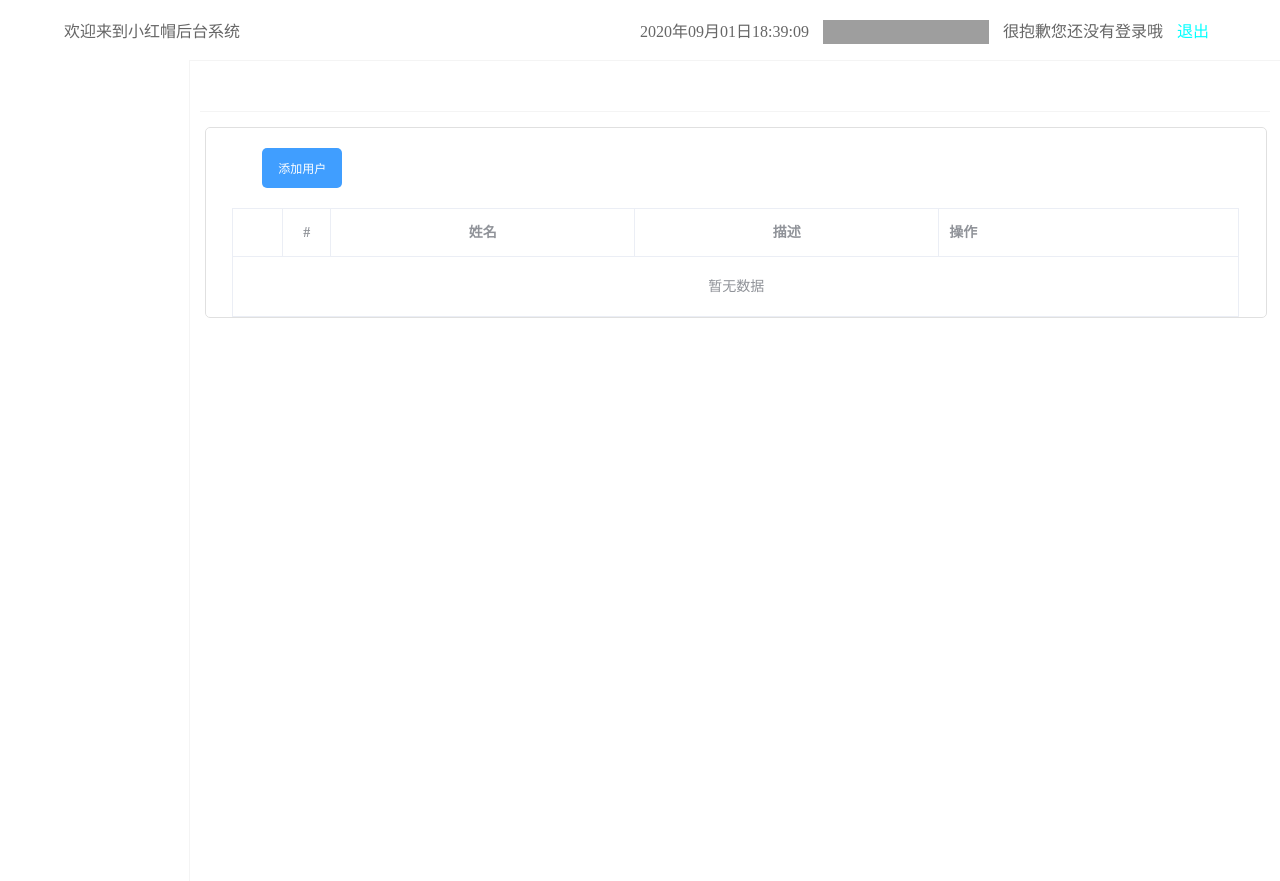
Repository: jinggegeZ/whitesystem
Page: /rights/roles
The author's editor kept a copy of each file at every save. The page is drawn from the files as they stood at one save, then again after the next save.
The browser window is 1280 px wide. The pictures show the whole page.
Pictures or frames that could not be fetched are drawn as grey boxes. The page's requests for data from a server got no answer. The project was rebuilt for these pictures with package versions that can differ from the ones it lists, and the page was loaded fresh each time. No one was signed in, and anything a server would have sent is missing. Also part of the build but not shown: vue.config.js, src/views/Home.vue.

Above is the page before, as saved 2020-09-02 13:00:38.

After the next save:
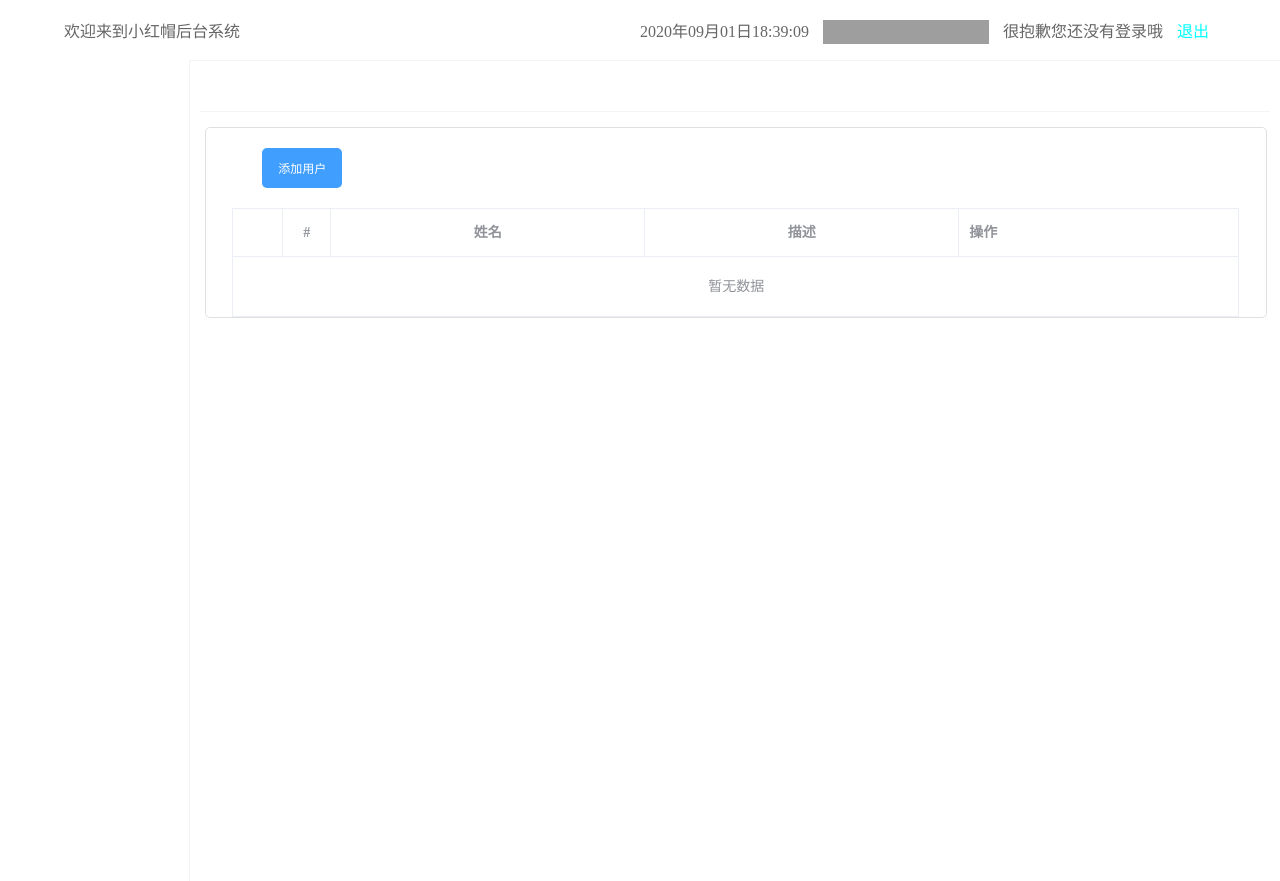
Saved 10 s later.
--- a/src/views/roleList/RoleList.vue
+++ b/src/views/roleList/RoleList.vue
@@ -55,7 +55,7 @@
             <!-- 角色 -->
             <el-table-column prop="roleDesc" label="描述"  align="center"></el-table-column>
             <!-- 操作 -->
-            <el-table-column label="操作" width="300">
+            <el-table-column label="操作" width="280">
               <template slot-scope="scope">
                 <el-tooltip class="item" effect="dark" content="编辑" placement="top">
                   <el-button
